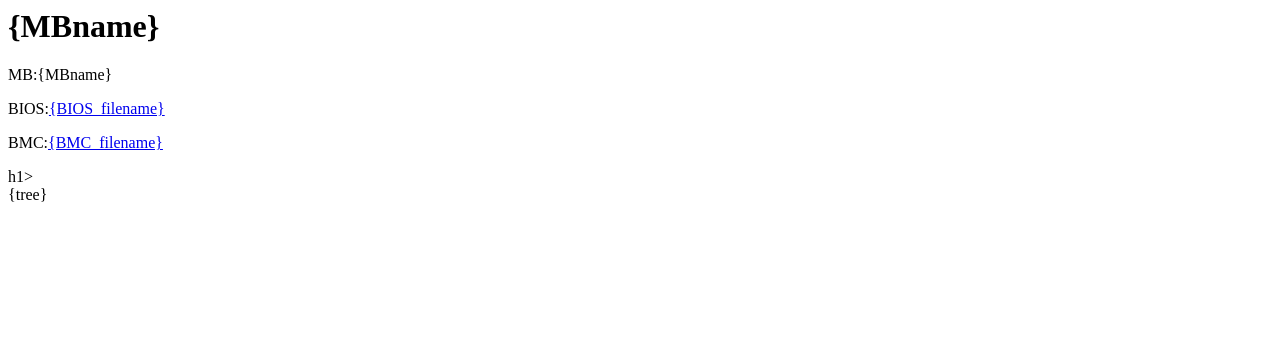
Repository: tttt1213/BIOSversion
Page: result.html
An editor plug-in stored every save of this project. The page is shown before and after the next save, followed by the edit.
The browser window is 1280 px wide. The pictures show the whole page.

Above is the page before, as saved 2023-04-03 11:26:54.

After the next save:
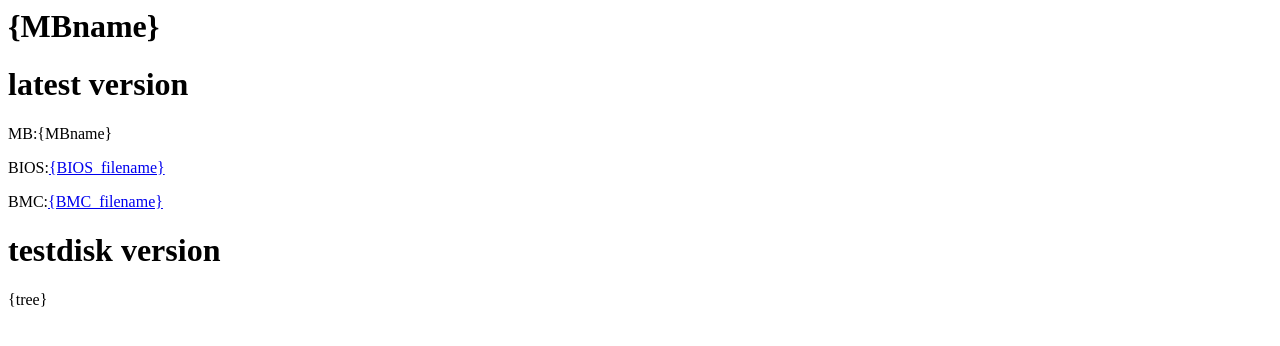
Saved 65 s later.
--- a/result.html
+++ b/result.html
@@ -1,6 +1,7 @@
 <html>
 <head>
 <h1>{MBname}</h1>
+<h1>latest version</h1>
 </head>
 <body>
 <header class="header">
@@ -10,7 +11,7 @@
 <p>BIOS:<a href="{BIOS_ver}">{BIOS_filename}<a/></p>
 <p>BMC:<a href="{BMC_ver}">{BMC_filename}<a/></p>
 </div>
-<body></body>h1>
+<h1>testdisk version</h1>
 <div>{tree}</div>
 </body>
 </html>
